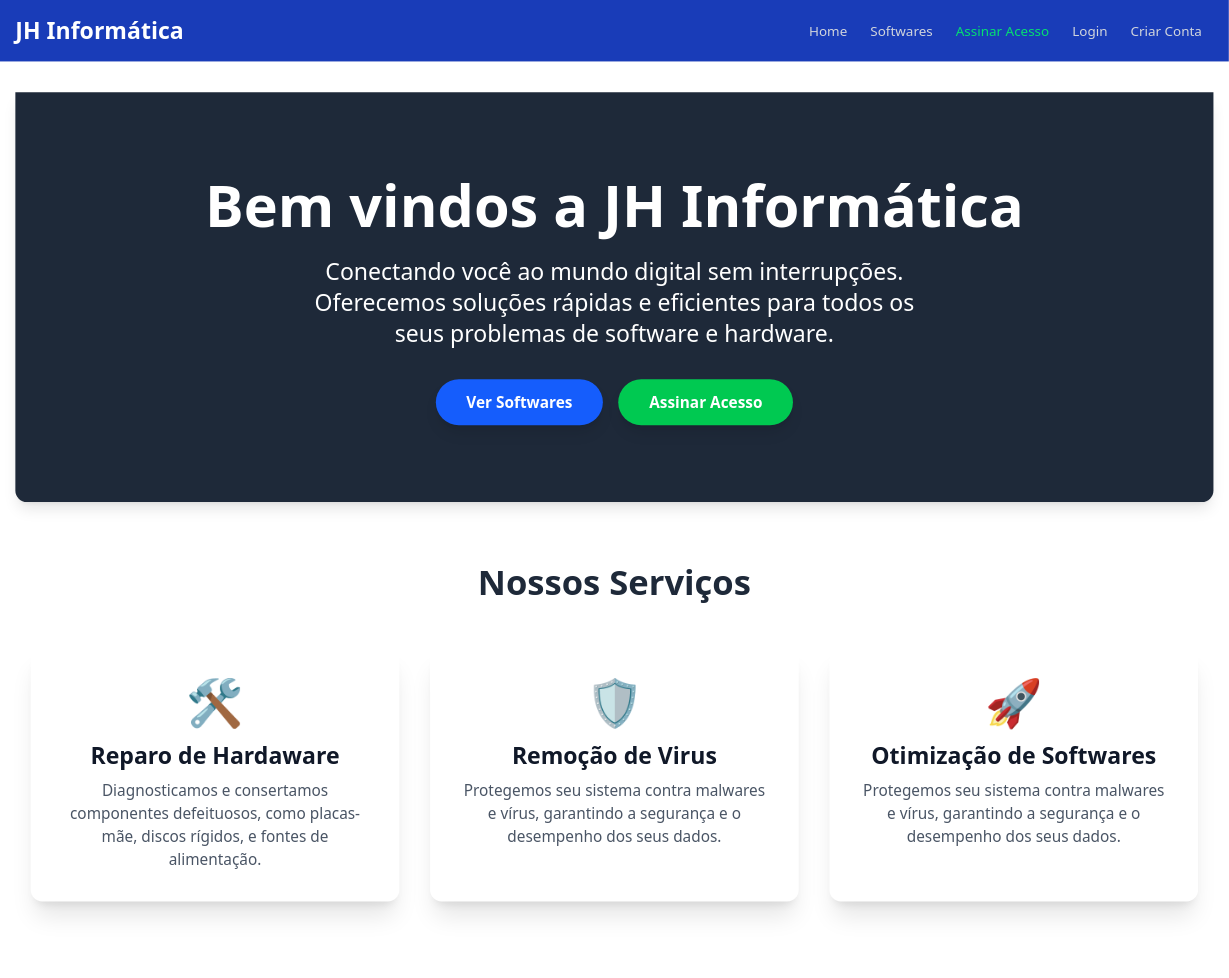
Repository: estevam02009/jh-info
Page: / (app in frontend/)
These files come from the project's save history. The page is drawn as it stood at one moment and after the next save; the edit follows.
The browser window is 1280 px wide. The pictures show the whole page, at 96% of full size.
The project was rebuilt for these pictures with package versions that can differ from the ones it lists, and the page was loaded fresh each time. Also part of the build but not shown: frontend/src/pages/Login.jsx, frontend/src/pages/Register.jsx, frontend/src/pages/Dashboard.jsx, frontend/src/components/ProtectedRoute.jsx, frontend/src/pages/SoftwareList.jsx, frontend/src/pages/SoftwareDetails.jsx, frontend/src/pages/SoftwareManagement.jsx, frontend/src/pages/PaymentPage.jsx and 1 more.

Above is the page before, as saved 2025-07-13 11:28:04.

After the next save:
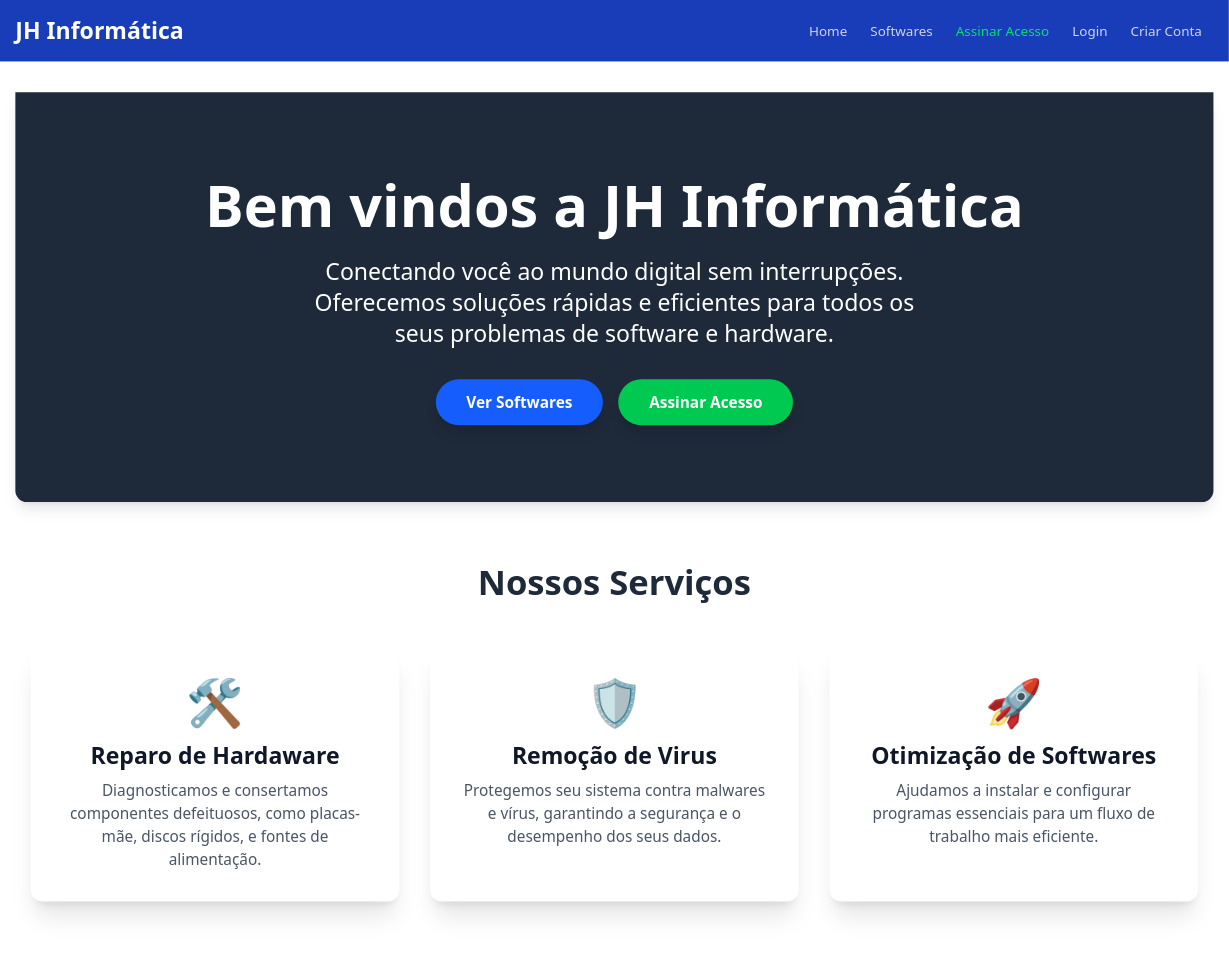
Saved 23 s later.
--- a/frontend/src/pages/Home.jsx
+++ b/frontend/src/pages/Home.jsx
@@ -57,7 +57,7 @@ const Home = () => {
                         <div className='text-5xl text-blue-600 mb-4'>🚀</div>
                         <h3 className='text-2xl font-semibold text-gray-900 mb-2'>Otimização de Softwares</h3>
                         <p className='text-gray-600'>
-                            Protegemos seu sistema contra malwares e vírus, garantindo a segurança e o desempenho dos seus dados.
+                            Ajudamos a instalar e configurar programas essenciais para um fluxo de trabalho mais eficiente.
                         </p>
                     </div>
                 </div>
